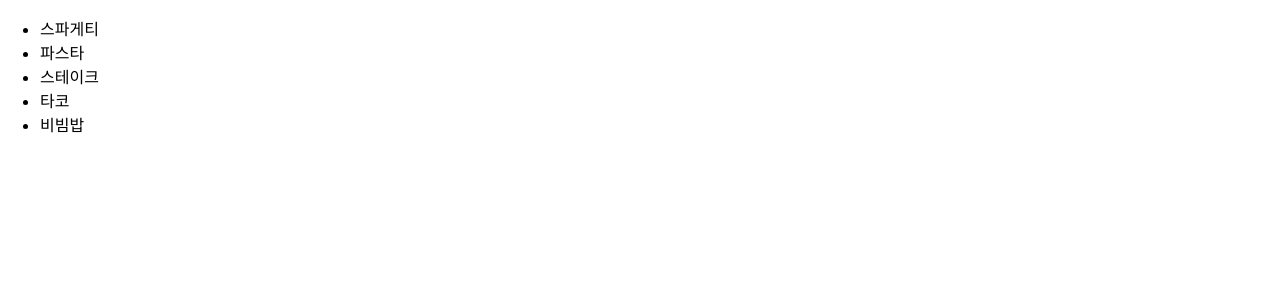
Repository: YEOMJINSEOP/playground
Page: / (app in practicegrid/)
These files come from the project's save history. The page is drawn as it stood at one moment and after the next save; the edit follows.
The browser window is 1280 px wide. The pictures show the whole page.
The project was rebuilt for these pictures with package versions that can differ from the ones it lists, and the page was loaded fresh each time.

Above is the page before, as saved 2022-11-01 17:06:58.

### practicegrid/src/App.js
import './App.css';
import { useEffect } from 'react';

function App() {

  return (
    <div class='listContainer'>
      <ul>
        <li>스파게티</li>
        <li>파스타</li>
        <li>스테이크</li>
        <li>타코</li>
        <li>비빔밥</li>
      </ul>
    </div>
  )
}

export default App;

### practicegrid/src/App.css
.listContainer{
  width: 100%;
}

Loaded but not shown: practicegrid/public/index.html (common file); practicegrid/src/index.js (common file); practicegrid/src/index.css (common file); practicegrid/src/reportWebVitals.js (common file)

After the next save:
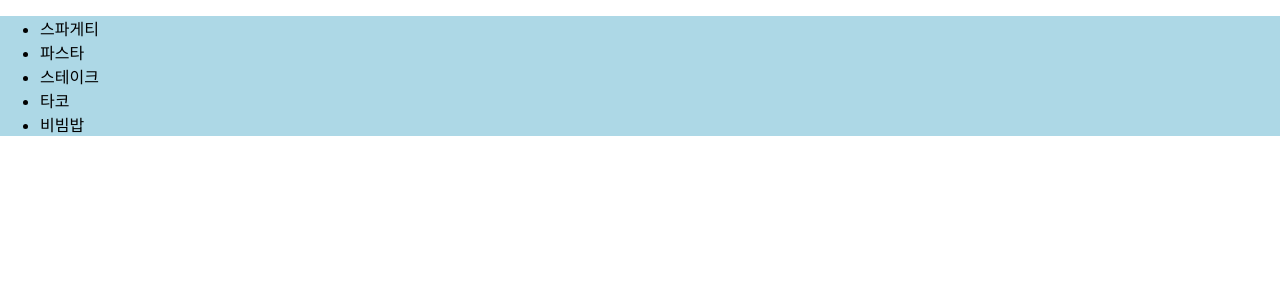
Saved 4 s later.
--- a/practicegrid/src/App.css
+++ b/practicegrid/src/App.css
@@ -1,3 +1,4 @@
 .listContainer{
   width: 100%;
+  background-color: lightblue;
 }
